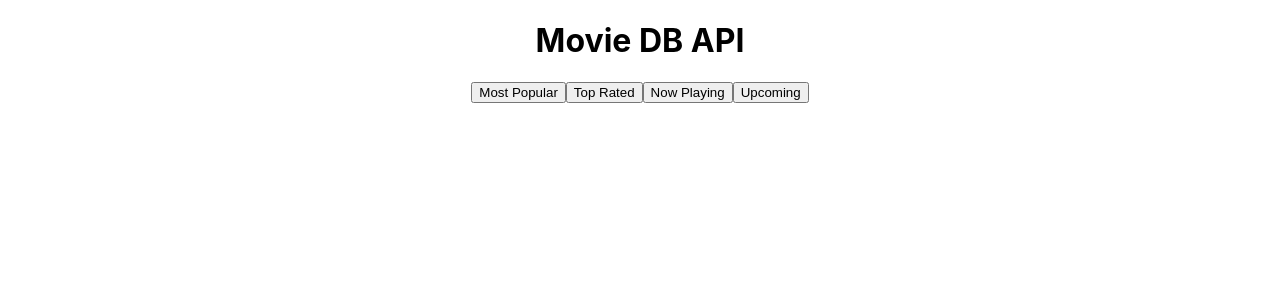
Repository: chaampavictor/moviedbapi
Page: /
These files come from the project's save history. The page is drawn as it stood at one moment and after the next save; the edit follows.
The browser window is 1280 px wide. The pictures show the whole page.
The page's requests for data from a server got no answer. The project was rebuilt for these pictures with package versions that can differ from the ones it lists, and the page was loaded fresh each time. No one was signed in, and anything a server would have sent is missing.

Above is the page before, as saved 2022-01-13 09:42:10.

After the next save:
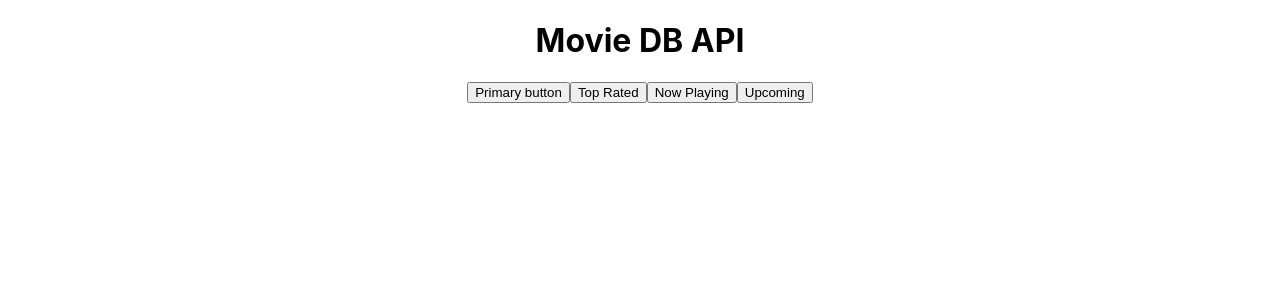
Saved 24 s later.
--- a/src/App.js
+++ b/src/App.js
@@ -83,14 +83,9 @@
             marginBottom: "12px",
           }}
         >
-          <Button
-            variant="primary"
-            disabled={isLoading}
-            onClick={!isLoading ? GetMostPopular : null}
-          >
-            {isLoading ? "Loading…" : "Most Popular"}
-          </Button>
-
+          <Button variant="primary" size="lg" active>
+            Primary button
+          </Button>{" "}
           <Button
             variant="primary"
             disabled={isLoading}
@@ -98,7 +93,6 @@
           >
             {isLoading ? "Loading…" : "Top Rated"}
           </Button>
-
           <Button
             variant="primary"
             disabled={isLoading}
@@ -106,7 +100,6 @@
           >
             {isLoading ? "Loading…" : "Now Playing"}
           </Button>
-
           <Button
             variant="primary"
             disabled={isLoading}

After the save that followed:
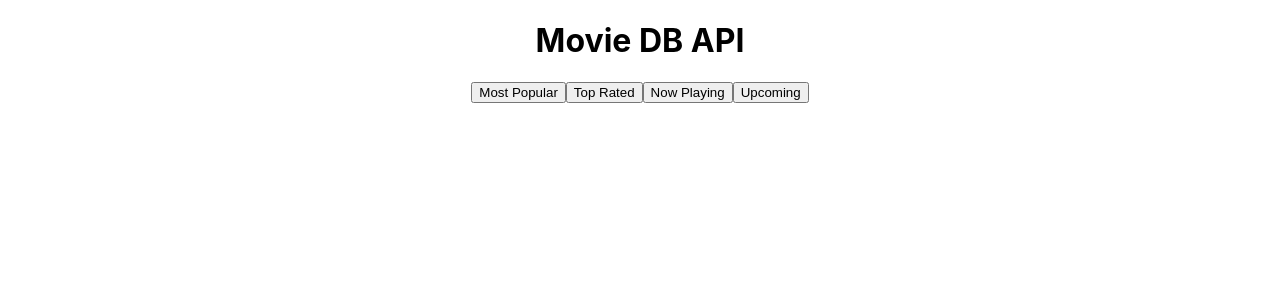
Saved 7 s later.
--- a/src/App.js
+++ b/src/App.js
@@ -83,9 +83,14 @@
             marginBottom: "12px",
           }}
         >
-          <Button variant="primary" size="lg" active>
-            Primary button
-          </Button>{" "}
+          <Button
+            variant="primary"
+            disabled={isLoading}
+            onClick={!isLoading ? GetMostPopular : null}
+          >
+            {isLoading ? "Loading…" : "Most Popular"}
+          </Button>
+
           <Button
             variant="primary"
             disabled={isLoading}
@@ -93,6 +98,7 @@
           >
             {isLoading ? "Loading…" : "Top Rated"}
           </Button>
+
           <Button
             variant="primary"
             disabled={isLoading}
@@ -100,6 +106,7 @@
           >
             {isLoading ? "Loading…" : "Now Playing"}
           </Button>
+
           <Button
             variant="primary"
             disabled={isLoading}
